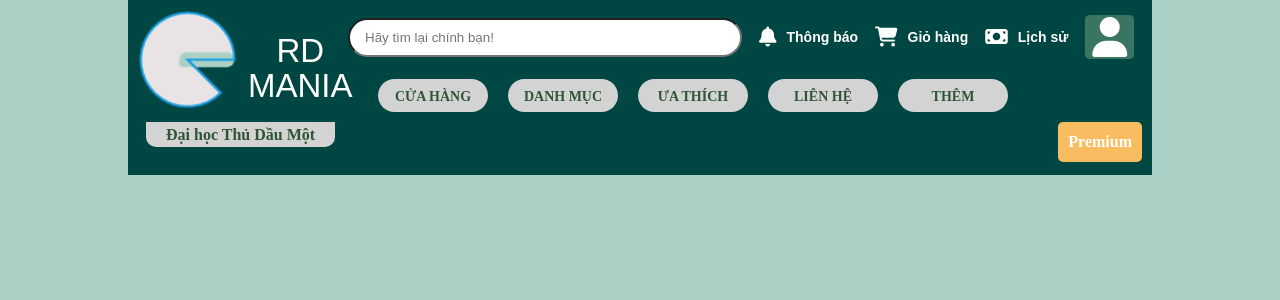
Repository: BinhTeach/rdmania
Page: Html/main.html
The author's editor kept a copy of each file at every save. The page is drawn from the files as they stood at one save, then again after a run of saves.
The browser window is 1280 px wide. The pictures show the whole page.
Some web fonts or font styles are not loaded; a fallback is used. Some web libraries are served in a nearby version.

Above is the page before, as saved 2024-03-01 00:42:12.

### Html/main.html
<!DOCTYPE html>
<html lang="en">
<head>
    <meta charset="UTF-8">
    <meta name="viewport" content="width=device-width, initial-scale=1.0">
    <title>RDMania Store</title>
    <link rel="stylesheet" href="../Css/styles.css">
    <script src="https://kit.fontawesome.com/45c2fe20a1.js" crossorigin="anonymous"></script>
    <link rel="shortcut icon" type="image/png" href="../Image/logo.png">
    <script src="../Script/main.js"></script>
    <link href="https://fonts.cdnfonts.com/css/algeria" rel="stylesheet">
</head>
<body>
     <div id="header">
          <div class="header--container">
               <img onclick="appearMenu()" src="../Image/logo.png" alt="">
               <div class="header__title--logo">RD</br>MANIA</div>
               <nav>
                    <ul class="header__nav header__nav--up">
                         <li>
                              <input class="header__nav--find" type="text" placeholder="Hãy tìm lại chính bạn!">
                         </li>
                         <li class="header__nav--icon"><i class="fa-solid fa-bell"></i></li>
                         <li class="header__nav--titleSymbol">Thông báo</li>
                         <li class="header__nav--icon"><i class="fa-solid fa-cart-shopping"></i></i></li>
                         <li class="header__nav--titleSymbol">Giỏ hàng</li>
                         <li class="header__nav--icon " name="history-bill"><i class="fa-solid fa-money-bill"></i></li>
                         <li class="header__nav--titleSymbol">Lịch sử</li>
                         <li class="header__nav--icon fa-user--up" name='user'><i class="fa-solid fa-user"></i></li>
                    </ul>
                    <ul class="header__nav--center">
                         <li class="header__nav--menu"><a href="">Cửa hàng</a></li>
                         <li onClick="sideBar_appear()" class="header__nav--menu"><a href="">Danh mục</a>
                              <div id="sideBar__hidden">
                                   <details class="sideBar__Menu">
                                        <summary>Thắt lưng Rider</summary>
                                        <ul class="sideBar__dropList">
                                             <li class="siedeBar__dropList--sub"><a href="">Dx</a></li>
                                             <li class="siedeBar__dropList--sub"><a href="">Csm</a></li>
                                        </ul>
                                   </details>
                         `    </div>
                         </li>
                         <li class="header__nav--menu"><a href="">Ưa thích</a></li>
                         <li class="header__nav--menu"><a href="">Liên hệ</a></li>
                         <li class="header__nav--menu"><a href="">Thêm</a></li>
                    </ul>
               </nav>
          </div>
          <ul class="header__nav--down">
               <li class="header__nav--address">Đại học Thủ Dầu Một</li>
               <li class="header__nav--premium">Premium</li>
          </ul>
     </div>
</body>
<script>
     var bl = false;
     window.addEventListener('load', function(){
          if(innerWidth < 768 && bl === false){
               appearMenu();
               bl = true;
          }
          window.addEventListener('resize', function(){
               if(innerWidth < 768 && bl === false){
               appearMenu();
               bl = true;
          }
          })

     })
     function appearMenu() {
  var parentElement = document.getElementsByClassName('header--container')[0];
  var newDiv = document.createElement('div');
  parentElement.appendChild(newDiv);
  newDiv.classList.add('iconMenu');
  newDiv.innerHTML = '&#9776;';
  newDiv.id = "newMenu";
  newDiv.addEventListener('click', clickMenu);
  document.documentElement.style.setProperty('--set-Width', window.innerWidth + 'px');
     var element = document.getElementsByClassName('header__nav--icon')[0];
     }
function clickMenu() {
  let clickMenu = document.getElementsByClassName('header__nav--icon');
  for(let element of clickMenu){
     element.style.display = 'block';
  }
  let noneMenu = document.getElementsByClassName('iconMenu')[0];
  noneMenu.style.display ='none';
  let userUp = document.getElementsByClassName('header__nav--icon')[3];
  userUp.classList.add('fa-user--up');
}
function sideBar_appear(){
     var appear = document.getElementById('sideBar__hidden');
     appear.removeAttribute("display");
}

</script>
</html>

### Css/styles.css
*{
    margin:0px;
    padding: 0px;
}
@import url('https://fonts.cdnfonts.com/css/algeria');
ul{
    list-style: none;
}
@media screen and (max-width: 767.89px) {
    .header--container img{
        margin-left:-5px;
    }
    .header__title--logo{
        position: absolute;
        top:25px;
        left:110px;
    }
    nav ul li{
        display:none;
    }

    .header__nav--icon{
        margin-top: 70px;
    }
    #header{
        margin-top:10px;
        height: 130px;
        display:flex;
        flex-direction: column;
        align-items: start;
    }
    .header__nav--up{
        height: 100px;
        width: 100%;
        display: none;
    }
    .header__nav--down{
        position:absolute;
        flex-direction: start;
        top: 160px;
        align-items: center;
    }
    .header__nav--down li{
        margin-left: 15px;
        margin-top: -7px;
    }
    .header__nav--down li:nth-child(2){
        margin-left: 50px;
    }
    .header__nav--up{
        position: fixed;
        left:110px;
        top:5px;
    }
    .fa-user--up{
        position:fixed;
        top: -50px;
        right: 5px;
        font-size: 100px;
    }
    .header__nav--premium{
        position: fixed;
        right:0;
        top:130px;
    }
    .header__nav--address{
        border-radius:10px;
        position: absolute;
        top:-10px;
        left: 20px;
        white-space:nowrap;
    }
}
.iconMenu{
    font-size: 30px;
    color:white;
    display: flex;
    padding-top: 5px;
    align-items: center;
    cursor:pointer;
    position: absolute;
    left: 300px;
    top: 58px;
}
@media screen and (min-width: 768px) and (max-width:1023.98px) {
    #header{
        max-width: 100vw;
    }
    .header--container img{
        margin-left:10px;
        margin-top:30px;
        position: relative;
        left:0;
        top:15px;
    }
    .header__title--logo{
        margin-top: 10px;
        white-space: wrap;
        text-wrap: wrap;
        flex:0.5;
    }
    nav{
        justify-content: end;
        margin-top:20px;
        flex:2;
    }
    .fa-user--up{
        position: fixed;
        margin-right: 5px;
        font-size: 100px;
        right:0;
    }
    .header__nav--premium{
        margin-top: 0px;
    }
    .header__nav--address{
        margin-top:10px;
        border-top-right-radius:10px;
    }
    nav ul.header__nav--up li input,.header__nav--menu:nth-child(3), .header__nav--menu:nth-child(5){
        display:none;
    }
    .header__nav--icon, .header__nav--menu{
        margin-left: 20px;
    }
    .iconMenu{
        display: none;
    }
}
@media screen and (min-width: 1024px) {
    .iconMenu{
        display: none;
    }
}
body{
    background-color: #ABD1C6;
    color: #fffffe;
}

#header{
    position:fixed;
    top:0;
    left: 0;
    right: 0;
    margin: 0 auto;
    width: 1024px;
    background-color: #004643;
    height: 175px;
}
.header--container{
    display: flex;
}
.header--container img{
    border-radius: 100%;
    margin-left: 10px;
    margin-top: 10px;
    width: 100px;
    height: 100px;
}
nav{
    display:flex;
    flex-direction: column;
    margin-left:100px;
}
.header__title--logo{
    font-family: 'Algeria', sans-serif;
    align-self: center;
    font-size: 33px;
    text-align: center;
    padding-top: 15px;
    line-height: 1.05;
    white-space: wrap;
    position: absolute;
    left: 120px;
}
.header__nav{
    display:flex;
    flex-direction: row;
    padding: 5px;
    align-items: center;
}
.header__nav--up{
    padding-top:10px;
}
.header__nav>li{
    padding:5px;
    text-wrap:nowrap;
}
.header__nav li:nth-child(even){
    padding-left: 12px;
}
.header__nav--find{
    border-radius: 30px;
    flex: 1;
    width: 390px;
    height: 35px;
}
.header__nav--find::placeholder{
    padding-left: 15px;
    font-family: Arial, Helvetica, sans-serif;
}
.header__nav--icon{
    font-size:20px;
    cursor:pointer;
}
.header__nav--titleSymbol{
    font-family: Arial, Helvetica, sans-serif;
    font-size: 14px;
    cursor:pointer;
    font-weight: 700;
}
.fa-user{
    font-size: 40px;
    background-color: #3a7463;
    padding: 2px 7px;
    border-radius: 10%;
}
.header__nav--center{
    display:flex;
}

.header__nav--menu:nth-child(1){
    margin-left: 40px;
}
.header__nav--menu a{
    text-decoration: none;
    text-transform: uppercase;
    font-size: 14px;
    font-weight: 600;
    color: #2f5535;
    display: flex;
    align-items: center;
    justify-content: center;
    position: relative;
}

.header__nav--down{
    display:flex;
    justify-content: space-between;
}
.header__nav--address{
    padding: 0 20px;
    border-bottom-left-radius: 10px;
    border-bottom-right-radius: 10px;
    background-color: #D3D3D3;
    color:#2f5535;
    height: 25px;
    display: flex;
    align-items: center;
    font-weight: 600;
    margin-left: 18px;
}
.header__nav--premium{
    height:40px;
    background-color: #F9BC60;
    color: #fffffe;
    font-weight: 600;
    margin-right:10px;
    padding:0 10px;
    display:flex;
    align-items: center;
    justify-content: center;
    border-radius: 5px;
    cursor:cell;
}
.header__nav--menu{
    padding: 0 15px;
    padding-top: 10px;
    border-radius: 30px;
    background-color:#D3D3D3;
    width: 80px;
    height: 23px;
    text-align:center;
    margin:10px;

}
.header__nav--menu:nth-child(2){
    position: relative;
}
#sideBar__appear{
    display:block;
}
#sideBar__hidden{
    display:none;
    position: absolute;
}
.sideBar__Menu{

}
.sideBar__dropList{

}
.siedeBar__dropList--sub{

}

### Script/main.js
var S = 'xin chào bạn';
S.slice(4);
console.log(S.charAt(2, 5));

After the next 2 saves:
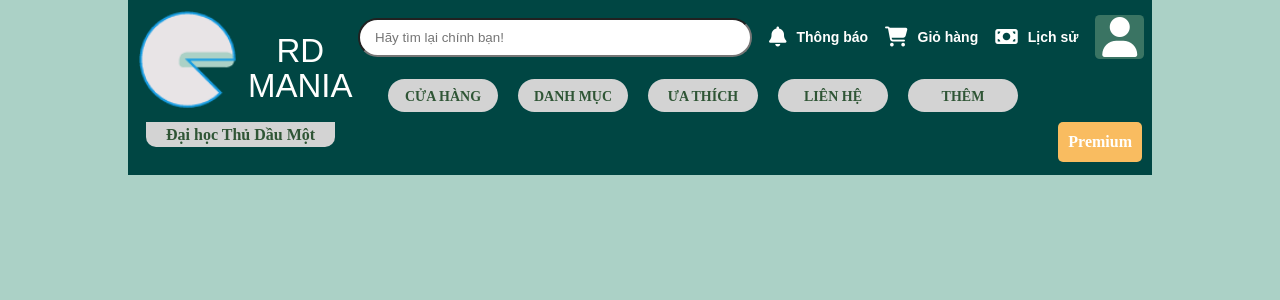
The 2 saves are shown as one change because they came seconds apart.
The last was saved 8 s later.
--- a/Css/styles.css
+++ b/Css/styles.css
@@ -160,7 +160,7 @@ body{
 nav{
     display:flex;
     flex-direction: column;
-    margin-left:100px;
+    margin-left:110px;
 }
 .header__title--logo{
     font-family: 'Algeria', sans-serif;
